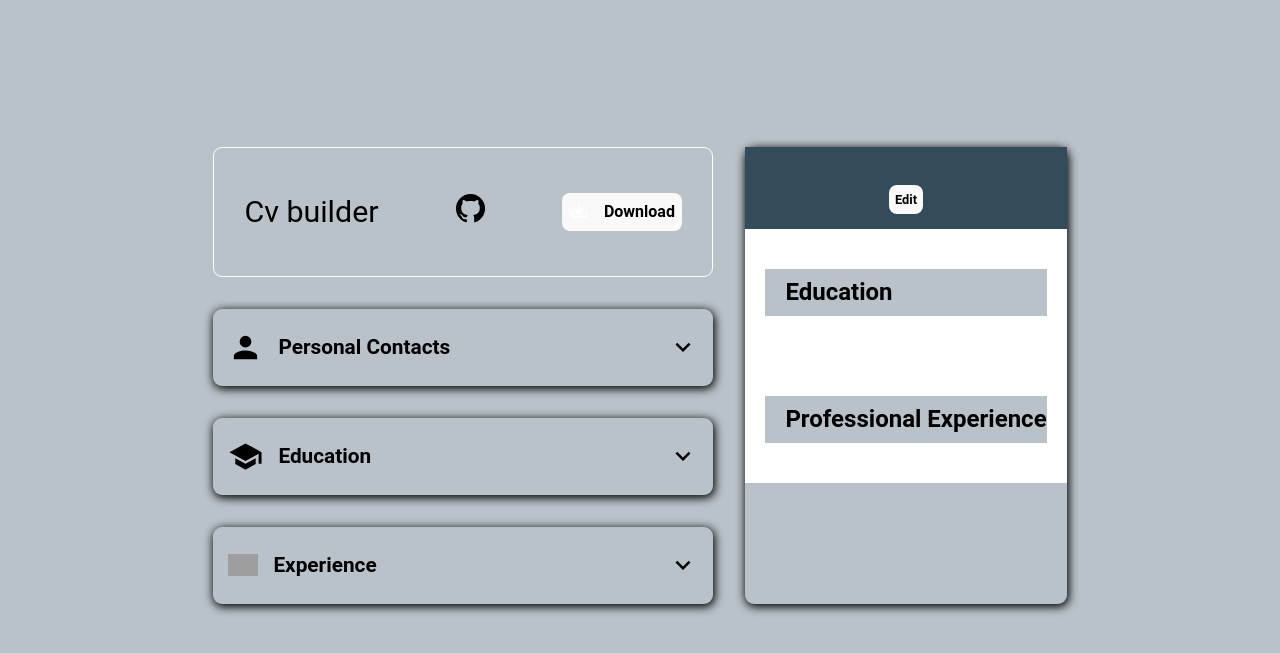
Repository: Bright-Anyawe/TOP-CV-Application-React-Project-
Page: /
An editor plug-in stored every save of this project. The page is shown before and after a run of saves, followed by the edit.
The browser window is 1280 px wide. The pictures show the whole page.
Pictures or frames that could not be fetched are drawn as grey boxes. The project was rebuilt for these pictures with package versions that can differ from the ones it lists, and the page was loaded fresh each time. Also part of the build but not shown: vite.config.js, src/Component/Feature components/SubmitBtn.jsx.

Above is the page before, as saved 2024-11-01 04:20:37.

### index.html
<!doctype html>
<html lang="en">
  <head>
    <meta charset="UTF-8" />
    <link rel="icon" type="image/svg+xml" href="public/image.png" />
    <meta name="viewport" content="width=device-width, initial-scale=1.0" />
    <title> Cv App</title>
  </head>
  <body id='MainBody'>
    <main id="root"></main>
    <script type="module" src="/src/main.jsx"></script>
  </body>
</html>

### src/main.jsx
import { StrictMode } from 'react'
import { createRoot } from 'react-dom/client'
import App from './Component/App'
import './index.css'
import './Styles/style.css'
import './Styles/styles2.css'

createRoot(document.getElementById("root")).render(
  <StrictMode>
    <App />
  </StrictMode>
);

### src/Component/App.jsx
import { useState, createContext, useReducer } from "react";

import CvForm from "./Form Components/Cv Form";
import DisplayUserContact from "./Display Components/DisplayUserInfo";
import DisplayEducationExperience from "./Display Components/DisplayEducationInfo";
import DisplayPracticalExperience from "./Display Components/DisplayPracticalInfo";
import { initialState, userContactReducer } from "./Other components/Reducer";

export const UserContactContext = createContext(null);

export const EducationContext = createContext(null);

export default function App() {
  const [state, dispatch] = useReducer(userContactReducer, initialState);

  const [userContact, setUserContact] = useState(null);

  const [educationArray, setEducationArray] = useState([]);
  const [experienceArray, setExperienceArray] = useState([]);

  const [practicalExperience, setPracticalExperience] = useState({
    CompanyName: "",
    JobPosition: "",
    JobResponsibilities: "",
    JobEntryDate: "",
    JobExitDate: "",
  });

  const [displayPersonalContact, setDisplayPersonalContact] = useState(false);

  const [displayEducationDetails, setDisplayEducationDetails] = useState(false);
  const [displayProfessionalDetails, setDisplayProfessionalDetails] =
    useState(false);

  const [controlEmailSvgDisplay, setControlEmailSvgDisplay] = useState(false);
  const [controlPhoneSvgDisplay, setControlPhoneSvgDisplay] = useState(false);

  const [hideContactEdit, setHideContactEdit] = useState(true);
  const [hideForEducationEdit, setHideForEducationEdit] = useState(true);
  const [hideProfessionalEdit, setHideProfessionalEdit] = useState(true);
  const [hideDate, setHideDate] = useState(true);

  return (
    <>
      <div id="main-app">
        <UserContactContext.Provider
          value={{
            displayPersonalContact,
            setDisplayPersonalContact,
            controlEmailSvgDisplay,
            setControlEmailSvgDisplay,
            controlPhoneSvgDisplay,
            setControlPhoneSvgDisplay,
            setHideContactEdit,
            state,
            userContact,
            setUserContact,
            dispatch,
          }}
        >
          {" "}
          <EducationContext.Provider
            value={{ educationArray: [], setEducationArray }}
          >
            <section id="cvFormContainer">
              <CvForm
                educationArray={educationArray}
                setEducationArray={setEducationArray}
                experienceArray={experienceArray}
                setExperienceArray={setExperienceArray}
                // setEducationExperience={setEducationExperience}
                practicalExperience={practicalExperience}
                setPracticalExperience={setPracticalExperience}
                displayPersonalContact={displayPersonalContact}
                setDisplayPersonalContact={setDisplayPersonalContact}
                displayEducationDetails={displayEducationDetails}
                setDisplayEducationDetails={setDisplayEducationDetails}
                displayProfessionalDetails={displayProfessionalDetails}
                setDisplayProfessionalDetails={setDisplayProfessionalDetails}
                setControlEmailSvgDisplay={setControlEmailSvgDisplay}
                setControlPhoneSvgDisplay={setControlPhoneSvgDisplay}
                setHideContactEdit={setHideContactEdit}
                setHideForEducationEdit={setHideForEducationEdit}
                hideProfessionalEdit={hideProfessionalEdit}
                setHideProfessionalEdit={setHideProfessionalEdit}
                setHideDate={setHideDate}
              />
            </section>

            <section id="displayMainContainer">
              <div className="displaySubContainer">
                <DisplayUserContact />
                <DisplayEducationExperience
                  // educationExperience={educationExperience}
                  educationArray={educationArray}
                  displayEducationDetails={displayEducationDetails}
                  setDisplayEducationDetails={setDisplayEducationDetails}
                  setHideForEducationEdit={setHideForEducationEdit}
                  hideForEducationEdit={hideForEducationEdit}
                  hideDate={hideDate}
                />
                <DisplayPracticalExperience
                  experienceArray={experienceArray}
                  practicalExperience={practicalExperience}
                  setDisplayProfessionalDetails={setDisplayProfessionalDetails}
                  hideProfessionalEdit={hideProfessionalEdit}
                  setHideProfessionalEdit={setHideProfessionalEdit}
                  hideDate={hideDate}
                />
              </div>
            </section>
          </EducationContext.Provider>
        </UserContactContext.Provider>
      </div>
    </>
  );
}

### src/Styles/style.css
* {
  padding: 0;
  margin: 0;
  box-sizing: border-box;
  font-family: "Roboto", sans-serif;
  font-weight: 400;
  font-style: normal;
}

body {
  margin: 0;
  display: flex;
  place-items: center;
  min-width: 320px;
  min-height: 100vh;
  text-align: center;
  justify-content: center;
  align-items: center;
  background: #bac2c9;
}

#main-app {
  display: flex;
  justify-content: center;
  /* align-items: center; */
  gap: 2rem;
}

#root {
  text-align: center;
}

#cvForm {
  display: flex;
  flex-direction: column;
  gap: 2rem;
  margin-top: 30px;
}

header {
  text-align: center;
  display: flex;
  justify-content: space-between;
  align-items: center;
  border: 1px solid white;
  border-radius: 9px;
  padding: 30px;
}

.headText {
  /* padding-top: 15px; */
  text-decoration: none;
  text-underline-offset: 13px;
  animation: slide-in 1000ms linear;
  max-width: 400px;
  font-size: 1.9rem;
  color: black;
}

@keyframes slide-in {
  from {
    transform: translateX(-100%);
  }

  to {
    transform: translateX(0%);
  }
}

#displayMainContainer {
  font-size: 0.8rem;
  border-radius: 9px;
  box-shadow: 1px 2px 10px 1px black;
  margin-top: 30px;
}

/*
.inputContainer {
        display: grid;
    grid-template-columns: 300px 300px;
    grid-template-rows: 70px 70px;
}

.fullNameContainer {
    grid-area: 1 / 1 / 2 / 3;
}

.emailContainer {
grid-area: 2 / 1 / 3 / 2;
}

.emailInputEl {
    min-width: 10px;
}

.mobileNumberContainer {
grid-area: 2 / 2 / 3 / 3;

}
 */
.userContactDisplay {
 background-color: #344b59;
    display: flex;
    justify-content: center;
    align-items: center;
    flex-direction: column;
    padding-top: 23px;
    max-height: 192px;color: white;
    padding-inline: 10px;
}

.userNameContainer {
  font-size: 1.9rem;
}

.userEmailContainer {
  font-size: 1.1rem;
}

.phoneNumberContainer {
  font-size: 1.1rem;
  display: flex;

  justify-content: center;
  gap: 10px;
  align-items: center;
}
f .phoneNumberContainer span {
  display: flex;
}

.emailPhoneContainer {
  display: flex;
  /* justify-content: center; */
  /* align-self: center */
  gap: 20px;
}

.userEmailContainer {
  display: flex;
  align-items: center;
  gap: 10px;
}

.userEmailContainer span {
  display: flex;
}

.userNameError,
.emailError,
.phoneNumberError,
.companyNameError,
.jobPositionError,
.jobResponsibilitiesError,
.jobEntryDateError,
.jobExitDateError {
  display: block;
  background-color: red;
  font-weight: 600;
}

.userContact,
.educationExperience,
.practicalExperience {
  /* border: 1px solid white; */
  border-radius: 9px;
  padding-bottom: 45px;
  display: flex;
  flex-direction: column;
  gap: 1rem;
  box-shadow: 1px 2px 10px 1px black;
  padding: 15px;
  color: black;
  width: 500px;
}

.userContact form,
.educationExperience form {
  color: black;
  /* padding-bottom: 25px; */

  animation: grow-and-shrink 2000ms ease-in-out;
}

.fullNameContainer {
  padding-top: 0;
  padding-bottom: 30px;
  display: flex;
  flex-direction: column;
  padding-top: 0;
  padding-bottom: 30px;
  display: flex;
  flex-direction: column;
}

.mobileNumberContainer {
  display: flex;
  flex-direction: column;
}

.emailContainer,
.schoolNameContainer,
.studiesTitleContainer,
.NameOfCompanyContainer,
.PosInJobContainer,
.JobResponsibilitiesContainer,
.jobEntryDateContainer {
  padding-bottom: 35px;
  display: flex;
  flex-direction: column;
}

label {
  font-size: 1.3rem;
  font-weight: 600;
  display: flex;
  justify-content: start;
  align-items: center;
}

input,
textarea {
  min-width: 400px;
  height: 40px;
  font-size: 1.3rem;
  padding: 0 10px;
  border-radius: 8px;
  border: none;

  /* cursor: click; */
  transition: border-color 0.25s ease-in-out;
}

input:focus-visible {
  /* outline: 1px solid #3ce041; */
  border: 1px solid #f913f9;
}

::placeholder {
  font-size: 1.3rem;
  padding-top: 20px;
  color: rgb(180, 173, 173);
}

.educationExperienceEl {
  color: black;
  background-color: white;
  padding: 20px;
}

button {
  display: inline-flex;
  justify-content: end;
  align-items: center;
  gap: 15px;
  margin: 15px 0;
  border-radius: 8px;
  /* border: 1px solid transparent; */
  padding: 0.5em 0.4em;
  font-size: 1em;
  font-weight: 600;
  font-family: inherit;
  /* background-color: #1a1a1a; */
  cursor: pointer;
  transition: border-color 0.25s;
}

.asterisk {
  color: red;
}

p {
  font-size: 1.3rem;
  text-align: center;
  display: flex;
  justify-content: start;
  align-items: start;
  gap: 30px;
  line-height: 47px;
}

.educationExperienceEl span {
  font-weight: 700;
}

#Job_responsibilities {
  min-height: 180px;
  max-height: 180px;
}

### src/Component/Form Components/Cv Form.jsx
import { useState } from "react";
import { UserContactForm } from "./UserContactForm.jsx";
import { EducationExperienceForm } from "./EducationExperienceForm.jsx";
import PracticalExperienceForm from "./PracticalExperienceForm.jsx";
import { HandleHeaderInfo } from "../Other components/handleHeaderInfo.jsx";

function CvForm({
  setUserContact,
  userContact,
  setEducationExperience,
  educationExperience,
  educationArray,
  setEducationArray,
  experienceArray,
  setExperienceArray,
  practicalExperience,
  setPracticalExperience,
  displayPersonalContact,
  setDisplayPersonalContact,
  displayEducationDetails,
  setDisplayEducationDetails,
  displayProfessionalDetails,
  setDisplayProfessionalDetails,
  setControlEmailSvgDisplay,
  setControlPhoneSvgDisplay,
  hideContactEdit,
  setHideContactEdit,
  hideForEducationEdit,
  setHideForEducationEdit,
  hideProfessionalEdit,
  setHideProfessionalEdit,
  setHideDate,
}) {
  return (
    <div id="cvForm">
      {/* <h1 className="headText">Fill out your Cv Form</h1> */}
      <HandleHeaderInfo
        setHideContactEdit={setHideContactEdit}
        setHideForEducationEdit={setHideForEducationEdit}
        setHideProfessionalEdit={setHideProfessionalEdit}
      />

      <UserContactForm
        setUserContact={setUserContact}
        userContact={userContact}
        displayPersonalContact={displayPersonalContact}
        setDisplayPersonalContact={setDisplayPersonalContact}
        setControlEmailSvgDisplay={setControlEmailSvgDisplay}
        setControlPhoneSvgDisplay={setControlPhoneSvgDisplay}
        setHideContactEdit={setHideContactEdit}
        hideContactEdit={hideContactEdit}
      />

      <EducationExperienceForm
        setEducationExperience={setEducationExperience}
        educationExperience={educationExperience}
        educationArray={educationArray}
        setEducationArray={setEducationArray}
        displayEducationDetails={displayEducationDetails}
        setDisplayEducationDetails={setDisplayEducationDetails}
        setHideForEducationEdit={setHideForEducationEdit}
        setHideDate={setHideDate}
      />

      <PracticalExperienceForm
        experienceArray={experienceArray}
        setExperienceArray={setExperienceArray}
        setPracticalExperience={setPracticalExperience}
        practicalExperience={practicalExperience}
        displayProfessionalDetails={displayProfessionalDetails}
        setDisplayProfessionalDetails={setDisplayProfessionalDetails}
        setHideProfessionalEdit={setHideProfessionalEdit}
        setHideDate={setHideDate}
      />
    </div>
  );
}

export default CvForm;

### src/Component/Display Components/DisplayUserInfo.jsx
import { Edit } from "../Feature components/EditButton";
import { UserContactContext } from "../App";
import { useContext } from "react";

function DisplayUserContact({

  // userContact
}) {
  const {
    setDisplayPersonalContact,
    controlEmailSvgDisplay,
    controlPhoneSvgDisplay,
    hideContactEdit,
    setHideContactEdit,
  } = useContext(UserContactContext);
  let userContact = JSON.parse(localStorage.getItem("userContact")) || {};

  return (
    <div id="userContactDisplayContainer">
      <div className="alertUserContainer">
        <h2 className="alertUser">Scroll up to fill in your form!</h2>
      </div>
      <div className="userContactDisplay">
        <p className="userNameContainer"> {userContact.userName} </p>
        <div className="emailPhoneContainer">
          <p className="userEmailContainer">
            <span>
              {controlEmailSvgDisplay ? (
                <svg
                  xmlns="http://www.w3.org/2000/svg"
                  width="24"
                  height="24"
                  viewBox="0 0 24 24"
                  fill="none"
                  stroke="currentColor"
                  strokeWidth="2"
                  strokeLinecap="round"
                  strokeLinejoin="round"
                  className="tabler-icon tabler-icon-mail "
                >
                  <path d="M3 7a2 2 0 0 1 2 -2h14a2 2 0 0 1 2 2v10a2 2 0 0 1 -2 2h-14a2 2 0 0 1 -2 -2v-10z"></path>
                  <path d="M3 7l9 6l9 -6"></path>
                </svg>
              ) : null}
            </span>{" "}
            {userContact.userEmail}{" "}
          </p>
          <p className="phoneNumberContainer">
            {" "}
            <span>
              {controlPhoneSvgDisplay ? (
                <svg
                  xmlns="http://www.w3.org/2000/svg"
                  width="24"
                  height="24"
                  viewBox="0 0 24 24"
                  fill="none"
                  stroke="currentColor"
                  strokeWidth="2"
                  strokeLinecap="round"
                  strokeLinejoin="round"
                  className="tabler-icon tabler-icon-phone "
                >
                  <path d="M5 4h4l2 5l-2.5 1.5a11 11 0 0 0 5 5l1.5 -2.5l5 2v4a2 2 0 0 1 -2 2a16 16 0 0 1 -15 -15a2 2 0 0 1 2 -2"></path>
                </svg>
              ) : null}
            </span>{" "}
            {userContact.mobileNumber}{" "}
          </p>
        </div>
        {hideContactEdit ? null : (
          <Edit
            setDisplayPersonalContact={setDisplayPersonalContact}
            setHideContactEdit={setHideContactEdit}
            hideContactEdit={hideContactEdit}
          />
        )}
      </div>
    </div>
  );
}

export default DisplayUserContact;

### src/Component/Display Components/DisplayEducationInfo.jsx
import { GetDate } from "../Other components/GetDate";
import { Edit } from "../Feature components/EditButton";
import { useContext } from "react";
import { EducationContext } from "../App";

function DisplayEducationExperience({
  educationExperience,
  displayEducationDetails,
  educationArray,
  setDisplayEducationDetails,
  hideForEducationEdit,
  setHideForEducationEdit,
  hideDate,
}) {
  return (
    <div className="educationExperienceEl">
      <p className="eduTitle">Education </p>

      {educationArray && Array.isArray(educationArray)
        ? educationArray.map((data, index) => {
            return (
              <div className="subEducationContainer" key={index}>
                <div className="educationTitleHolder">
                  <p>
                    {data.StudiesTitle} {`(${data.StudiesMajor})`}{" "}
                  </p>
                  <p> {data.SchoolName} </p>
                </div>{" "}
                {hideDate ? null : (
                  <div>
                    <p>
                      {" "}
                      {
                        <GetDate updateStudiesDate={data.StudiesStartDate} />
                      }{" "}
                    </p>
                    <p>
                      {" "}
                      {<GetDate updateStudiesDate={data.StudiesEndDate} />}{" "}
                    </p>
                  </div>
                )}
                {hideForEducationEdit ? null : (
                  <Edit
                    setHideForEducationEdit={setHideForEducationEdit}
                    setDisplayEducationDetails={setDisplayEducationDetails}
                    hideForEducationEdit={hideForEducationEdit}
                  />
                )}
              </div>
            );
          })
        : null}
    </div>
  );
}

export default DisplayEducationExperience;

### src/Component/Display Components/DisplayPracticalInfo.jsx
import { GetDate } from "../Other components/GetDate";
import { Edit } from "../Feature components/EditButton";

function DisplayPracticalExperience({
  experienceArray,
  hideDate,
  practicalExperience,
  hideProfessionalEdit,
  setHideProfessionalEdit,
  setDisplayProfessionalDetails,
}) {
  // let practicalExperience = JSON.parse(
  //   localStorage.getItem("practicalExperience")
  // );

  return (
    <div className="practicalExperienceContainer">
      <p className="practicalTitle">Professional Experience </p>

      {experienceArray && Array.isArray(experienceArray)?
      experienceArray.map((experience, index) => {

        return (
          <div className="subPracticalExperienceContainer" key={index}>
            <p>
              {experience.CompanyName}({experience.JobPosition}){" "}
            </p>

            <p> {experience.JobResponsibilities} </p>
            {hideDate ? null : (
              <div>
                <p>
                  {" "}
                  {
                    <GetDate updateJobEntryDate={experience.JobEntryDate} />
                  } -{" "}
                </p>
                <p>
                  {" "}
                  {<GetDate updateJobExitDate={experience.JobExitDate} />}{" "}
                </p>
              </div>
            )}
            {hideProfessionalEdit ? (
              ""
            ) : (
              <Edit
                setHideProfessionalEdit={setHideProfessionalEdit}
                setDisplayProfessionalDetails={setDisplayProfessionalDetails}
                hideProfessionalEdit={hideProfessionalEdit}
              />
            )}
          </div>
        );
      })
    : null
    }

    </div>
  );
}

export default DisplayPracticalExperience;

### src/Component/Other components/Reducer.jsx
const initialState = {
  userName: "",
  userEmail: "",
  mobileNumber: "",
};

const userContactReducer = (state, action) => {
  switch (action.type) {
    case "Update_userContact_input": {
      return {
        ...state,
        [action.contact.fieldName]: action.contact.fieldValue,
      };
    }
    case "clearInput": {
      return {
        ...state,
        userName: "",
        userEmail: "",
        mobileNumber: "",
      };
    }

    case "Update_education_input": {
      return {
        ...state,
        [action.education.fieldName]: action.education.fieldValue,
      };
    }
    case "clearEducationInput": {
      return {
        ...state,
        studiesTitle: "",
        studiesMajor: "",
        schoolName: "",
        studiesStartDate: "",
        studiesEndDate: "",
      };
    }

    default: {
      return state;
    }
  }
};

export { initialState, userContactReducer };

### src/Component/Other components/handleHeaderInfo.jsx
import { useEffect, useState } from "react";
import html2canvas from "html2canvas";
import jsPDF from "jspdf";

export function HandleHeaderInfo({
  setHideContactEdit,
  setHideForEducationEdit,
  setHideProfessionalEdit,
}) {
  const [loader, setLoader] = useState(false);

    function downloadPDF() {
      setHideContactEdit(true);
      setHideForEducationEdit(true);
      setHideProfessionalEdit(true);

      setLoader(true);


    };


    useEffect(() => {
      if(loader) {
         const capture = document.querySelector("#displayMainContainer");
         console.log(capture);

         html2canvas(capture).then((canvas) => {
           const imgData = canvas.toDataURL("img/png");
           const doc = new jsPDF("p", "mm", "a4");
           const docWidth = doc.internal.pageSize.getWidth();
           const docHeight = doc.internal.pageSize.getHeight();
           doc.addImage(imgData, "PNG", 0, 0, docWidth, docHeight);
           doc.save("Cv application");
         });
      }

      setLoader(false);

    }, [loader])

  return (
    <>
      <header>
        <h1 className="headText">Cv builder </h1>
        <div className="gitHubSvgContainer">
          <a href="https://github.com/Bright-Anyawe/TOP-CV-Application-React-Project-">
            <svg xmlns="http://www.w3.org/2000/svg" viewBox="0 0 24 24">
              <title>github</title>
              <path d="M12,2A10,10 0 0,0 2,12C2,16.42 4.87,20.17 8.84,21.5C9.34,21.58 9.5,21.27 9.5,21C9.5,20.77 9.5,20.14 9.5,19.31C6.73,19.91 6.14,17.97 6.14,17.97C5.68,16.81 5.03,16.5 5.03,16.5C4.12,15.88 5.1,15.9 5.1,15.9C6.1,15.97 6.63,16.93 6.63,16.93C7.5,18.45 8.97,18 9.54,17.76C9.63,17.11 9.89,16.67 10.17,16.42C7.95,16.17 5.62,15.31 5.62,11.5C5.62,10.39 6,9.5 6.65,8.79C6.55,8.54 6.2,7.5 6.75,6.15C6.75,6.15 7.59,5.88 9.5,7.17C10.29,6.95 11.15,6.84 12,6.84C12.85,6.84 13.71,6.95 14.5,7.17C16.41,5.88 17.25,6.15 17.25,6.15C17.8,7.5 17.45,8.54 17.35,8.79C18,9.5 18.38,10.39 18.38,11.5C18.38,15.32 16.04,16.16 13.81,16.41C14.17,16.72 14.5,17.33 14.5,18.26C14.5,19.6 14.5,20.68 14.5,21C14.5,21.27 14.66,21.59 15.17,21.5C19.14,20.16 22,16.42 22,12A10,10 0 0,0 12,2Z" />
            </svg>
          </a>
        </div>
        <div className="headBtnContainer">
          <button onClick={downloadPDF}>
            <svg xmlns="http://www.w3.org/2000/svg" viewBox="0 0 24 24">
              <title>tray-arrow-down</title>
              <path d="M2 12H4V17H20V12H22V17C22 18.11 21.11 19 20 19H4C2.9 19 2 18.11 2 17V12M12 15L17.55 9.54L16.13 8.13L13 11.25V2H11V11.25L7.88 8.13L6.46 9.55L12 15Z" />
            </svg>
            Download
          </button>
        </div>
      </header>
    </>
  );
}

### src/Component/Feature components/EditButton.jsx
// import DisplayUserContact from "./DisplayUserInfo.jsx";
import { UserContactContext } from "../App";
import { useContext } from "react";

export function Edit({
  setDisplayPersonalContact,
  hideContactEdit,
  hideForEducationEdit,
  hideProfessionalEdit,
  setHideContactEdit,
  setHideForEducationEdit,
  setHideProfessionalEdit,
  setDisplayEducationDetails,
  setDisplayProfessionalDetails,
}) {
  const { userContact, setUserName, setEmail, setMobileNumber } =
    useContext(UserContactContext);

  function handleDisplayForEdit() {
    // const edit = document.querySelector(".edit");
    // console.log(edit);
    // edit.style.display = "block";
    console.log('This is an edit button!')
    if (hideContactEdit === false) {
      setDisplayPersonalContact(true);
      console.log(userContact);
      setHideContactEdit(true);
      setUserName(userContact.personName);
      setEmail(userContact.email);
      setMobileNumber(userContact.mobileNumber);
    } else if (hideForEducationEdit === false) {
      setDisplayEducationDetails(true);
      setHideForEducationEdit(true);
    } else if (hideProfessionalEdit === false) {
      setDisplayProfessionalDetails(true);
      setHideProfessionalEdit(true);
    }
  }

  return (
    <button className="edit" onClick={handleDisplayForEdit}>
      Edit
    </button>
  );
}

### src/Component/Other components/GetDate.jsx
export function GetDate({
  updateStudiesDate,
  updateJobEntryDate,
  updateJobExitDate,
}) {
  let date;
  if (updateStudiesDate) {
    date = new Date(updateStudiesDate);
  } else if (updateJobEntryDate) {
    date = new Date(updateJobEntryDate);
  } else {
    date = new Date(updateJobExitDate);
  }

  const options = {
    weekday: "long",
    month: "short",
    day: "numeric",
    year: "numeric",
  };

  const dayOfWeek = date.toLocaleDateString("en-Us", options);
  return dayOfWeek;
}

Loaded but not shown: src/index.css (common file); src/Styles/styles2.css (690 lines, source omitted); src/Component/Form Components/PracticalExperienceForm.jsx (331 lines, source omitted); src/Component/Form Components/EducationExperienceForm.jsx (295 lines, source omitted); src/Component/Form Components/UserContactForm.jsx (269 lines, source omitted)

After the next 4 saves:
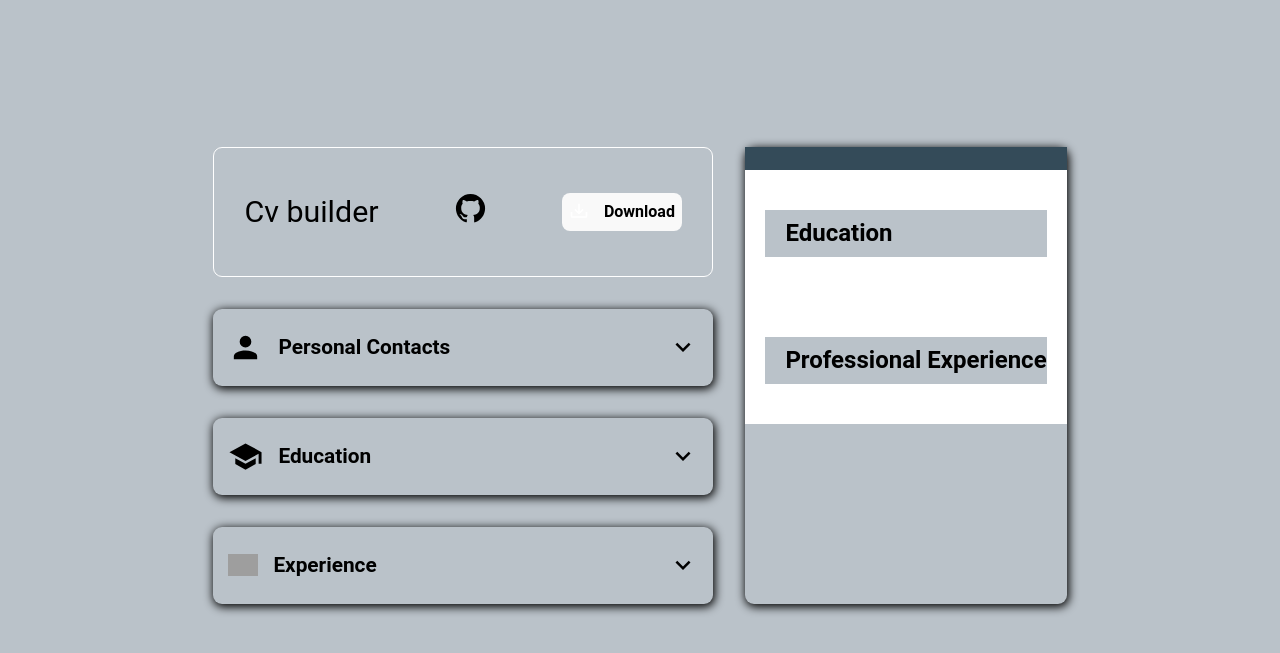
The 4 saves are shown as one change because 1 did not build or start and some came seconds apart.
The last was saved 115 s later.
--- a/src/Component/App.jsx
+++ b/src/Component/App.jsx
@@ -51,6 +51,7 @@ export default function App() {
             setControlEmailSvgDisplay,
             controlPhoneSvgDisplay,
             setControlPhoneSvgDisplay,
+            hideContactEdit,
             setHideContactEdit,
             state,
             userContact,
